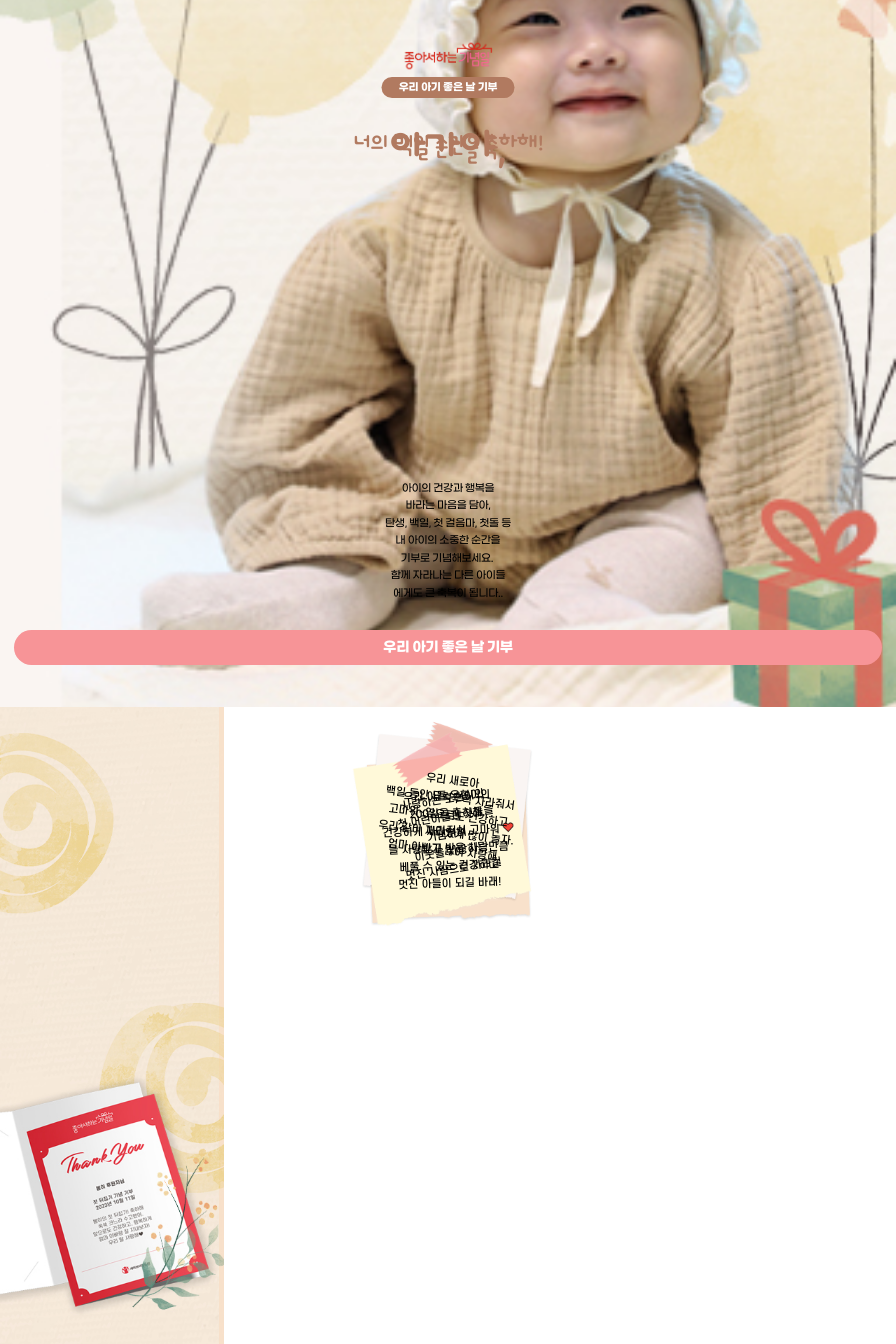
Repository: dlgywls1130/save_the_m320
Page: index.html
These files come from the project's save history. The page is drawn as it stood at one moment and after the next save; the edit follows.
The browser window is 1280 px wide. The pictures show the part of the page from y = 0 to 1920 px (the page is 6830 px tall), at 70% of full size.

Above is the page before, as saved 2023-12-21 11:16:43.

### index.html
<!DOCTYPE html>
<html lang="en">
<head>
    <meta charset="UTF-8">
    <meta name="viewport" content="width=device-width, initial-scale=1.0">
    <title>세이브더칠드런</title>

    <link rel="stylesheet" href="./css/reset.css">
    <link rel="stylesheet" href="./css/style.css">

</head>
<body>
    <div class="content_body">
        <section class="section_wrapper section01">
            <div class="se01 se_wrapper">
                <div class="seo01_mobile_wrapp">
                    <div class="se01_sub">
                        <div class="sub_logo">
                            <img src="./img/logo01.png" alt="logo">
                        </div>
                        <p>우리 아기 좋은 날 기부</p>
                    </div>
                    <p class="seo01_title">
                        아가야,
                    </p>
                    <p class="seo01_title_two">
                        너의 <span id="rollingText">탄생</span> 순간을 축하해!
                    </p>
                </div>
                <div class="seo01_mobile_wrapp_bottom">
                    <p class="section_descript mb-45">
                        아이의 건강과 행복을
                        <br>바라는 마음을 담아,
                        <br>탄생, 백일, 첫 걸음마, 첫돌 등
                        <br>내 아이의 소중한 순간을
                        <br>기부로 기념해보세요.
                        <br>함께 자라나는 다른 아이들
                        <br>에게도 큰 축복이 됩니다..
                    </p>

                    <a class="donation_link" href="javascript:void(0)">우리 아기 좋은 날 기부</a>
                </div>

            </div>
        </section>
        <section class="section_wrapper section02">
            <div class="se02 se_wrapper">
                <div class="postit_wrapper">
                    <div class="postit postit01">
                        <p>우리 아들 우현이의<br>
                        200일을 축하해.<br>
                        <span>건강하게 자라줘서 고마워 <img src="./img/heart.png"></span>
                        늘 사랑받고 받은 사랑만큼<br>
                        베풀 수 있는 건강하고<br>
                        멋진 아들이 되길 바래!</p>
                    </div>
                    <div class="postit postit02">
                        <p>우리 새로아<Br>
                        백일 동안 무럭무럭 자라줘서<Br>
                        고마워~앞으로도 건강하고<Br>
                        우리 같이 재미있게 많이 놀자.<Br>
                        엄마,아빠가 많이 사랑해.</p>
                    </div>

                    <div class="postit postit05">
                        <p>사랑하는 도현이의<br>
                        첫 어린이날과 첫돌을<br>
                        기념하며, <br>
                        이웃을 사랑하는<br>
                        멋진 사람으로 자라길</p>

                    </div>
                    <!-- <div class="postit postit04">
                        <p>보미야<br>
                        첫 번째 생일 축하해<br>
                        너의 존재가 온 세상에<br>
                        봄이길 바랄게!   </p>
                    </div> -->

                    <!-- <div class="postit postit03">
                        <p>서진아<br>
                        우리에게 와줘서 고마워<br>
                        건강하고 행복하게 자라렴.<br>
                        사랑해♡      </p>
                    </div> -->

                </div>

            </div>
        </section>
        <section class="section_wrapper section03">
            <div class="se_wrapper se03">
                <div class="se_title_co">
                    아기의 좋은 날을<br> 기념해 주신 모든 분들께
                    <br>후원감사증서를 <br> 보내드립니다.
                </div>
                <div class="se_sub_co">
                    후원감사증서는<Br> 아기에게 남기고 싶은 메시지와 아기의 좋은 날이 담긴 사진을<br> 보관할 수 있도록
                    만들어드립니다.<br> 먼 훗날, 아기가 성장해 읽게 될 날을 그리며 편지를 써보세요.
                </div>
            </div>

        </section>
        <section class="section_wrapper section04">
            <div class="se_wrapper se04">
                <div class="se_title_co">
                    이름 자수 순면거즈블랭킷
                </div>
                <div class="se_sub_co">
                    30만원 이상 후원하신 분들께는<br> 순면 거즈 아기 블랭킷(90*110)에
                    <Br>원하시는 이름(영문)을<br> 예쁘게 수놓아 드립니다.
                </div>

                <div class="se04_slide mt-85">
                    <div class="se04_slide_list">
                        <img src="./img/slide03.jpg">
                    </div>
                    <div class="se04_slide_list">
                        <img src="./img/slide02.jpg">
                    </div>
                    <div class="se04_slide_list">
                        <img src="./img/slide01.jpg">
                    </div>
                </div>
            </div>
        </section>
        <section class="section_wrapper section05">
            <div class="se_wrapper se05">
                <div class="se_title_co">
                    후원신청 과정
                </div>


                <div class="se_sub_co">
                    30만원 이상 후원해 주신 경우,
                    <br>감사 선물 수령 주소 및 아기 블랭킷에 새겨질 문구 확인을 위한 문자가 발송됩니다.
                </div>

                <div class="se_step_list">
                    <div class="se_step">
                        <p class="step_number">1</p>
                        <div class="step_ico">
                            <img src="./img/icon01.png" alt="img">
                        </div>
                        <p class="step_descript">
                            후원신청하기
                        </p>
                    </div>
                    <div class="se_step">
                        <p class="step_number">2</p>
                        <div class="step_ico">
                            <img src="./img/icon02.png" alt="img">
                        </div>
                        <p class="step_descript">
                            후원감사증서
                            <Br>메시지 적기
                        </p>
                    </div>
                </div>
                <div class="se_step_list">
                    <div class="se_step">
                        <p class="step_number">3</p>
                        <div class="step_ico">
                            <img src="./img/icon03.png" alt="img">
                        </div>
                        <p class="step_descript">
                            신청완료
                        </p>
                    </div>
                    <div class="se_step">
                        <p class="step_number">4</p>
                        <div class="step_ico">
                            <img src="./img/icon04.png" alt="img">
                        </div>
                        <p class="step_descript">
                            후원감사증서 <Br>발송 (1주 이내)
                        </p>
                    </div>
                </div>


                <a class="donation_link" href="javascript:void(0)">우리 아기 좋은 날 기부</a>
            </div>

        </section>
        <section class="section_wrapper section06">
            <div class="se_wrapper se06">
                <div class="se_title_co">
                    후원금, 이렇게 쓰여요!
                </div>
                <div class="se_sub_co">
                    세이브더칠드런은 <Br><span>국내외 아동을 위한 교육,
                    <Br>보호, 보건영양지원,<Br> 아동권리옹호</span> 등의<Br> 활동을 해나가고 있습니다.
                </div>
                <div class="se_sub_co">
                    보내주신 후원금은<Br> 정치, 종교, 인종에 관계없이<Br> 모든 아이를 구해야 한다는
                    <Br>세이브더칠드런의 신념에 따라 <Br><span>가장 도움 필요한 아이를 위해 우선 사용</span>됩니다.
                </div>
            </div>

        </section>
        <section class="section_wrapper section07">
            <div class="se_wrapper se07">
                <div class="se_title_co">
                    FAQ
                </div>
                <div class="accordion">
                    <div class="accordion-item">
                        <h3 class="title">
                            <span>1. 30만원 이상 후원했습니다. <br>거즈 순면 블랭킷은 언제 오나요?</span>
                            <img src="./img/top.png">
                        </h3>
                        <p class="paragraph">
                            우리아기 축하기부로 30만원 이상 후원자님들께는 담요에 수놓을 아기 이름과
                            선물 수령 주소 확인을 위한 문자가 발송됩니다.
                            02-6900-4479로 발송되는 문자 속 설문조사에 답해주세요.
                            확인을 완료하신 분들께는 블랭킷 제작을 담당하고 있는 조니 스튜디오에서
                            아기 이름 자수 작업 완료 후 배송해 드립니다.

                        </p>
                    </div>
                    <div class="accordion-item">
                        <h3 class="title">
                            <span>2. 거즈 순면 블랭킷, 안전한 제품인가요?</span>
                            <img src="./img/top.png">
                        </h3>
                        <p class="paragraph">
                            본 블랭킷은 워싱된 3중 거즈로 제작되었으며, KC안전검사를 완료하였습니다.
                            소재 특성상 섬유 조각이 발생할 수 있어 망에 넣지 않고 3번 정도 물빨래 하시는 것을 권장합니다.

                        </p>
                    </div>
                    <div class="accordion-item">
                        <h3 class="title">
                            <span>3. 거즈 순면 블랭킷을 받았는 데 하자가 있어요. 어떻게 해야 하나요? </span>
                            <img src="./img/top.png">
                        </h3>
                        <p class="paragraph">
                            070-4220-4123 (조니스튜디오 CS)로 전화 연락 부탁드립니다. 하자 물품에 대한 교환은 수령일로부터 7일 이내에 조니스튜디오에 연락해주셔야 하며, 이로 인한 후원금 환불은 어렵습니다.
                        </p>
                    </div>
                    <div class="accordion-item">
                        <h3 class="title">
                            <span>4. 후원감사증서에 넣을 수 있는<Br> 사진 사이즈는 얼마인가요?</span>
                            <img src="./img/top.png">
                        </h3>
                        <p class="paragraph">
                            사진 인화 사이즈 5*7 인치에 맞추어서 제작되었습니다.  그보다 작은 사진일 경우, 후원감사증서
                            내부의 주머니에 넣어 보관하실 수도  있습니다.

                        </p>
                    </div>
                </div>
            </div>

        </section>
        <!-- <section class="section_wrapper section08">
            <div class="se_wrapper se08">
                <div class="se08_postion">
                    <p class="se08_title">우리 아기 좋은 날 기부</p>
                    <p class="se08_descript">
                        탄생, 백일, 첫 걸음마, 첫돌...
                        <br>소중한 우리 아기의 성장을 기념해 보세요!
                        <br>아기의 좋은 날이 모여 세상의 행복이 됩니다.
                    </p>
                    <a href="javascript:void(0)" class="more_btn">
                        <p>자세히보기</p>
                        <svg xmlns="http://www.w3.org/2000/svg" width="16" height="16" fill="currentColor" class="bi bi-chevron-right" viewBox="0 0 16 16">
                            <path fill-rule="evenodd" d="M4.646 1.646a.5.5 0 0 1 .708 0l6 6a.5.5 0 0 1 0 .708l-6 6a.5.5 0 0 1-.708-.708L10.293 8 4.646 2.354a.5.5 0 0 1 0-.708z"/>
                        </svg>
                    </a>
                </div>

            </div>
        </section> -->
    </div>

    <script src="https://ajax.googleapis.com/ajax/libs/jquery/1.12.4/jquery.min.js"></script>
    <script src="./js/main.js"></script>
</body>
</html>

### css/reset.css


html, body, div, span, applet, object, iframe,
h1, h2, h3, h4, h5, h6, p, blockquote, pre,
a, abbr, acronym, address, big, cite, code,
del, dfn, em, img, ins, kbd, q, s, samp,
small, strike, strong, sub, sup, tt, var,
b, u, i, center,
dl, dt, dd, ol, ul, li,
fieldset, form, label, legend,
table, caption, tbody, tfoot, thead, tr, th, td,
article, aside, canvas, details, embed,
figure, figcaption, footer, header, hgroup,
menu, nav, output, ruby, section, summary,
time, mark, audio, video {
	margin: 0;
	padding: 0;
	border: 0;
	font-size: 100%;
	font: inherit;
	vertical-align: baseline;
}

article, aside, details, figcaption, figure,
footer, header, hgroup, menu, nav, section {
	display: block;
}
body {
	line-height: 1;
}
ol, ul {
	list-style: none;
}
blockquote, q {
	quotes: none;
}
blockquote:before, blockquote:after,
q:before, q:after {
	content: '';
	content: none;
}
table {
	border-collapse: collapse;
	border-spacing: 0;
}

### css/style.css

/* root */
:root{
    --main-color:#B17A60;
    --pink-color:#F79497;
}


/* font */

/* dongle */
@font-face {
    font-family: 'Dongle';
    font-weight: 300;
    src: url('../font/Dongle-Light.ttf') format('ttf'),
    url('../font/Dongle-Light.woff') format('woff');
}

@font-face {
    font-family: 'Dongle';
    font-weight: 500;
    src: url('../font/Dongle-Regular.ttf') format('ttf'),
    url('../font/Dongle-Regular.woff') format('woff');
}

@font-face {
    font-family: 'Dongle';
    font-weight: 700;
    src: url('../font/Dongle-Bold.ttf') format('ttf'),
    url('../font/Dongle-Bold.woff') format('woff');
}


/* Gmarket */
@font-face {
    font-family: 'GmarketSans';
    font-weight: 300;
    src: url('../font/GmarketSansLight.ttf') format('ttf'),
    url('../font/GmarketSansLight.woff') format('woff');
}

@font-face {
    font-family: 'GmarketSans';
    font-weight: 500;
    src: url('../font/GmarketSansMedium.ttf') format('ttf'),
    url('../font/GmarketSansMedium.woff') format('woff');
}

@font-face {
    font-family: 'GmarketSans';
    font-weight: 700;
    src: url('../font/GmarketSansBold.ttf') format('ttf'),
    url('../font/GmarketSansBold.woff') format('woff');
}


/* nanumsqure */

@font-face {
    font-family: 'NanumSquare';
    font-weight: 400;
    src: url('../font/NanumSquareL.ttf') format('ttf'),
    url('../font/NanumSquareL.woff') format('woff');
}

@font-face {
    font-family: 'NanumSquare';
    font-weight: 500;
    src: url('../font/NanumSquareR.ttf') format('ttf'),
    url('../font/NanumSquareR.woff') format('woff');
}

@font-face {
    font-family: 'NanumSquare';
    font-weight: 600;
    src: url('../font/NanumSquareB.ttf') format('ttf'),
    url('../font/NanumSquareB.woff') format('woff');
}

@font-face {
    font-family: 'NanumSquare';
    font-weight: 700;
    src: url('../font/NanumSquareEB.ttf') format('ttf'),
    url('../font/NanumSquareEB.woff') format('woff');
}



/* scdream5 */
@font-face {
    font-family: 'SCDream5';
    src: url('../font/SCDream5.woff') format('woff'),
    url('../font/SCDream5.ttf') format('ttf'),
    url('../font/SCDream5.otf') format('otf');
}


.section_wrapper{
    max-width:100%;
    width: 100%;

}

.se_wrapper{
    max-width: 100%;
    width: 100%;
    position: relative;
    box-sizing: border-box;
}


/* section01 */


.section01{
    background: url('../img/back.jpg') no-repeat;
    height: 1010px;
    background-size: cover;
    background-position: 86%;
}

.se01{
    padding: 60px 20px;
    box-sizing: border-box;
    height: 100%;
    position: relative;
    display: flex;
    flex-direction: column;
    justify-content: space-between;
}
.se01_sub{
    display: flex;
    align-items: center;
    margin-bottom: 30px;
    flex-direction: column;
}

.sub_logo{
    width: 125px;
    height: 40px;
    margin-bottom: 10px;
}

.sub_logo img{
    width: 100%;
    height: 100%;
    object-fit: contain;
}

.se01_sub p{
    width: 190px;
    height: 30px;
    background: #B17A60;
    border-radius: 15px;
    display: flex;
    align-items: center;
    justify-content: center;
    letter-spacing: -0.03em;
    font-size: 15px;
    font-weight: 700;
    font-family: 'GmarketSans',sans-serif;
    color: #fff;
}

.seo01_title{
    font-family: 'Dongle',sans-serif;
    font-weight: 500;
    font-size: 100px;
    color: var(--main-color);
    letter-spacing: -0.03em;
    text-align: center;
}

.seo01_title_two{
    font-family: 'Dongle',sans-serif;
    font-weight: 500;
    font-size: 50px;
    color: var(--main-color);
    letter-spacing: -0.03em;
    margin-top: -7%;
    margin-bottom: 50px;
    display: flex;
    align-items: center;
    white-space: nowrap;
    text-align: center;
    justify-content: center;
}

.seo01_title_two span{
    margin: 0 0.5rem;
}
.section_descript{
    font-size: 15px;
    line-height: 25px;
    font-family: 'GmarketSans';
    font-weight: 500;
    letter-spacing: -0.03em;
    color: #000;
    text-align: center;
}

.donation_link{
    width: 100%;
    height: 50px;
    border-radius: 100px;
    display: flex;
    align-items: center;
    justify-content: center;
    background: var(--pink-color);
    color: #fff;
    font-family: 'GmarketSans';
    font-size: 20px;
    font-weight: 700;
    letter-spacing: -0.03em;
    text-decoration: none;
    margin: 40px auto 0;
}


@keyframes roll {
    from {
        transform: translateY(40%);
        opacity: 0;
    }
    to {
        transform: translateY(0);
        opacity: 1;
    }
  }


  #rollingText.animate-text {
    animation: roll 0.5s ease-in-out;
}

/* section02 */

.section02{
    height: 940px;
    background: url('../img/back02.jpg') no-repeat;
}

.se02{
    box-sizing: border-box;
    height: 100%;
}
.postit_wrapper{
    width: 100%;
    padding: 40px 20px;
    position: relative;
    display: flex;
    flex-direction: column;
    align-items: center;
    box-sizing: border-box;
}

.ex_text{
    font-family: 'GmarketSans';
    font-size: 20px;
    font-weight: 500;
    letter-spacing: -0.03em;
}


.postit p img{
    width: 15px;
    height: auto;
    object-fit: contain;
}
.postit p{
    font-family: 'SCDream5';
    font-size: 15px;
    line-height: 25px;
    text-align: center;
    display: flex;
    justify-content: center;
    align-items: center;
    flex-direction: column;
    height: 100%;
}

.postit01{
    background:url('../img/post04.png') no-repeat;
    width: 285px;
    height: 300px;
    background-size: contain;
    box-sizing: border-box;
}

.postit01 p{
    transform: rotate(358deg);
}

.postit02{
    background: url('../img/post05.png') no-repeat;
    width: 285px;
    height: 300px;
    background-size: contain;
    box-sizing: border-box;
    margin-top: -27%;
}

.postit02 p{
    transform: rotate(7deg);
}

.postit03{
    background:url('../img/post02.png') no-repeat;
    width: 285px;
    height: 300px;
    background-size: contain;
    box-sizing: border-box;
    margin-top: -25%;
    transform: rotate(-14deg);
}

.postit03 p{
    transform: rotate(-7deg);
}

.postit04{
    background: url(../img/post03.png) no-repeat;
    width: 285px;
    height: 300px;
    background-size: cover;
    box-sizing: border-box;
    margin-top: -24%;
    transform: rotate(14deg);
}

.postit04 p{
    transform: rotate(7deg);
}

.postit05{
    background:url('../img/post01.png') no-repeat;
    width: 285px;
    height: 300px;
    background-size: contain;
    box-sizing: border-box;
    margin-top: -22%;
}

.postit05 p{
    transform: rotate(-9deg);
}

/* section03 */

.section03{
    height: 1200px;
    background: url('../img/back03.jpg') no-repeat;
}

.se03{
    padding: 100px 20px 70px;
    box-sizing: border-box;
    height: 100%;
}


.se_title_co{
    font-size: 50px;
    line-height: 50px;
    letter-spacing: -0.03em;
    font-family: 'Dongle';
    font-weight: 500;
    color: var(--main-color);
    text-align: center;
}

.se_sub_co{
    font-size: 15px;
    letter-spacing: -0.03em;
    line-height: 25px;
    font-family: 'GmarketSans';
    font-weight: 500;
    text-align: center;
    margin-top: 40px;
}

/* section04 */

.section04{
    height: 1180px;
    background: url('../img/back04.jpg') no-repeat;
}

.se04{
    padding: 90px 20px;
    box-sizing: border-box;
    height: 100%;
}

.se04_slide{
    margin: 60px auto 0;
}


.se04_slide_list{
    width: 280px;
    height: 240px;
    border-radius: 9px;
    margin-bottom: 10px;
}

.se04_slide_list img{
    width:100%;
height: 100%;
object-fit: cover;
border-radius: 15px;
}
/* section05 */
.section05{
    height:900px;
    background: url('../img/back05.jpg') no-repeat;
}

.se05{
    padding: 100px 20px 80px;
    box-sizing: border-box;
    height: 100%;
}

.se_step_list{
    display: flex;
    align-content: center;
    margin-top: 20px;
    position: relative;
    flex-wrap: wrap;
    justify-content: space-between;
}


.se_step_list .se_step{
    position: relative;
    display: flex;
    flex-direction: column;
    align-items: center;
}

.step_number{
    font-size: 25px;
    letter-spacing: -0.03em;
    line-height: 35px;
    font-weight: 700;
    font-family: 'GmarketSans';
    position: absolute;
    left: 10%;
    top: 0;
    color: var(--main-color);
    z-index: 2;
}

.se_step_list .se_step .step_ico{
    width: 125px;
    height: 125px;
    border-radius: 50%;
    background-color: #fff;
    display: flex;
    align-items: center;
    justify-content: center;
    position: relative;
    z-index: 1;
}

.se_step_list .se_step .step_ico img {
    width: 80px;
    height: 80px;
    object-fit: contain;
    object-position: 73%;
}

.step_descript{
    font-size: 15px;
    letter-spacing: -0.03em;
    line-height: 23px;
    font-weight: 500;
    font-family: 'GmarketSans';
    text-align: center;
    margin-top: 15px;
    color: #000;
}


.section05 .donation_link{
    margin: 70px auto 0;
}


/* section06 */
.section06{
    height:600px;
    background: url('../img/back06.jpg') no-repeat;
}

.se06{
    padding: 100px 20px;
    height: 100%;
    box-sizing: border-box;
}


.se_sub_co span{
    font-weight: 700;
}
/* section07 */

.section07{
    height:1000px;
    background: url('../img/back07.jpg') no-repeat;
}

.se07{
    padding: 100px 20px;
    height: 100%;
    box-sizing: border-box;
}


.accordion{
    margin-top: 38px;
}
.accordion-item {
    padding:15px 0;
    margin: 0;
    overflow: hidden;
}

.accordion-item .title {
    display: flex;
    justify-content: center;
    align-items: center;
    font-weight: 700;
    font-size: 15px;
    line-height: 30px;
    letter-spacing: -0.03em;
    cursor: pointer;
    width: 100%;
    height: 120px;
    border-radius: 20px;
    background-color: #fff;
    color: var(--main-color);
    padding: 0 20px;
    font-family: 'GmarketSans';
    box-sizing: border-box;
    text-indent: -10px;
    flex-direction: column;
    text-align: center;
}

.accordion-item .title img {
    font-size: 0.9rem;
    color: #454545;
    transform: rotate(0);
    transition: transform 0.15s ease;
    width: 20px;
    height: auto;
}

.accordion-item .paragraph {
    font-weight: 500;
    font-size: 20px;
    letter-spacing: -0.03em;
    color: #000;
    display: none;
    padding: 30px 35px 15px;
    list-style: inside;
    line-height: 30px;
    font-family: 'GmarketSans';
}

.accordion-item .paragraph .indent{
    text-indent: 1rem;
}


.accordion-item .paragraph span{
    font-weight: bold;
}

.accordion-item.active .title img{
    transform: rotate(180deg);
}

.accordion-item.active .paragraph {
    display: block;
}


/* section08 */

.section08{
    height:500px;
    background: url('../img/banner.jpg') no-repeat;
}
.se08{
    position: relative;
    height: 100%;
}

.se08_postion{
    display: flex;
    align-items: center;
    justify-content: center;
    flex-direction: column;
    height: 100%;
}

.se08_title{
    font-family: 'NanumSquare';
    font-weight: 600;
    font-size: 30px;
    letter-spacing: -0.05em;
    line-height: 50px;
    position: relative;
    text-align: center;
    margin-bottom: 30px;
}



.se08_descript{
    font-family: 'NanumSquare';
    font-weight: 500;
    font-size: 20px;
    line-height: 30px;
    letter-spacing: -0.05em;
    text-align: center;
}

.more_btn{
    margin-top: 38px;
    width: 150px;
    height: 40px;
    background: #543F2C;
    display: flex;
    align-items: center;
    justify-content: center;
    text-decoration: none;
}

.more_btn p{
    font-family: 'NanumSquare';
    font-weight: 500;
    font-size: 18px;
    color: #fff;

}

.more_btn svg{
    fill: #fff;
}

Loaded but not shown: js/main.js (46 lines, source omitted)

After the next save:
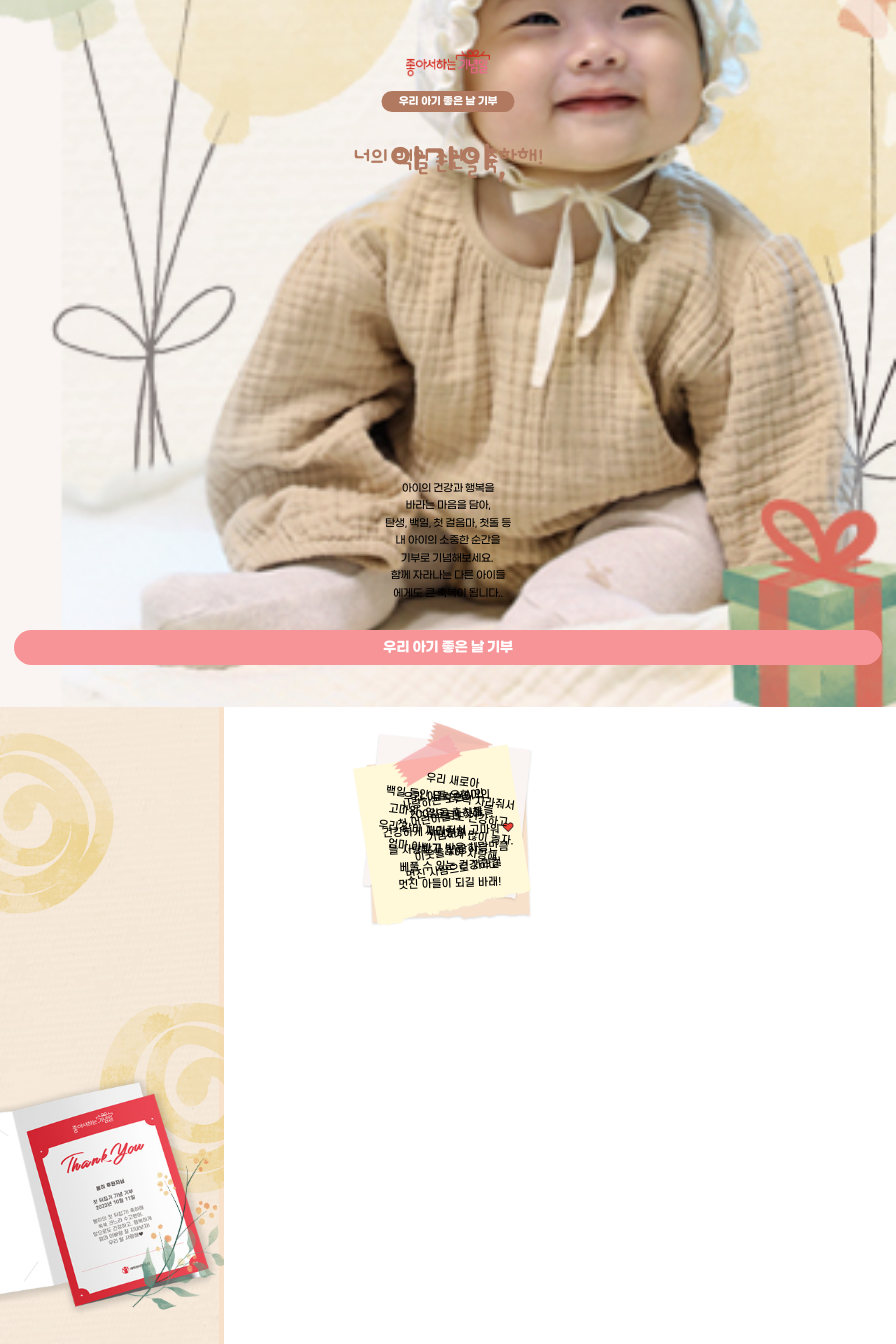
Saved 60 s later.
--- a/css/style.css
+++ b/css/style.css
@@ -136,8 +136,8 @@
 }
 
 .sub_logo{
-    width: 125px;
-    height: 40px;
+    width: 120px;
+    height: 60px;
     margin-bottom: 10px;
 }
 
